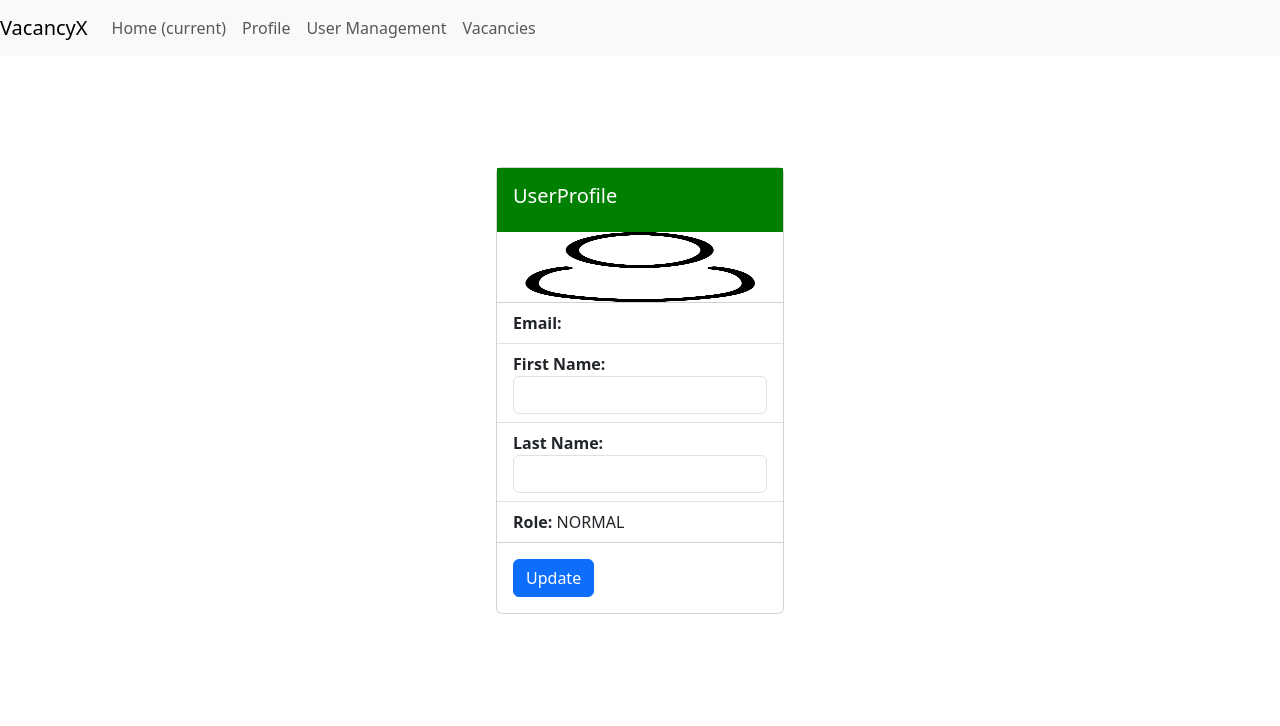
Repository: zipArk99/Vacancy-portal-serv
Page: http://localhost/VacancyPortal/updateuserdetail_page.jsp
These files come from the project's save history. The page is drawn as it stood at one moment and after the next save; the edit follows.
The browser window is 1280 px wide. The pictures show the whole page.
The page is served by Tomcat 9. Other server files are loaded and not shown. The template is opened directly, without the code that normally fills it, so the values that code supplies are empty.

Above is the page before, as saved 2024-08-21 05:21:49.

### VacancyPortal/src/main/webapp/updateuserdetail_page.jsp
<%@ page language="java" contentType="text/html; charset=UTF-8"
    pageEncoding="UTF-8"%>
    <%@ taglib prefix="c" uri="http://java.sun.com/jsp/jstl/core" %>
<!DOCTYPE html>
<html>
<head>
<meta charset="UTF-8">
<title>Update User</title>
<style>
body, html {
	height: 90%;
	margin: 0;
}

.container {
	display: flex;
	justify-content: center;
	align-items: center;
	height: 93vh; /* Full viewport height */
}
</style>
</head>
<body>
<body>
<%@ include file="header.jsp" %>
<form action="/VacancyPortal/user" method="PUT">
	<div class="container">
		<div class="card" style="width: 18rem;">
		<div class="card-body" style="background-color:green;">
				<h5 class="card-title" style="color:white;">UserProfile</h5>
			</div>
			<img src="user.png" class="card-img-top" alt="..." height="70px" width="20px" draggable="true">

			<ul class="list-group list-group-flush">
				<li class="list-group-item"><b>Email:</b> <c:out value="${param.email}"></c:out> </li>

				<li class="list-group-item"><b>First Name:</b> <input type="text"
					name="fname" class="form-control" id="fnameId"
					value="${param.fname}" aria-describedby="emailHelp"></li>


				<li class="list-group-item"><b>Last Name:</b> <input type="text"
					name="fname" class="form-control" id="fnameId"
					value="${param.lname}" aria-describedby="emailHelp"></li>


				<li class="list-group-item"><b>Role:</b><c:choose>
				<c:when test="${requestScope.role==1}">
				<c:out value="ADMIN"></c:out>
				 </c:when>
				<c:otherwise>
				<c:out value="NORMAL"></c:out>
				</c:otherwise>
				</c:choose> </li>
			</ul>
			<div class="card-body">
				<input type="submit"class="btn btn-primary" value="Update">
			</div>
		</div>
	</div>
	</form>
</body>
</html>

### VacancyPortal/src/main/webapp/header.jsp
<%@ page language="java" contentType="text/html; charset=UTF-8"
    pageEncoding="UTF-8"%>
<!DOCTYPE html>
<html>
  <head>
    <meta charset="utf-8">
    <meta name="viewport" content="width=device-width, initial-scale=1">
    <title>Bootstrap demo</title>
    <link href="https://cdn.jsdelivr.net/npm/bootstrap@5.3.3/dist/css/bootstrap.min.css" rel="stylesheet" integrity="sha384-QWTKZyjpPEjISv5WaRU9OFeRpok6YctnYmDr5pNlyT2bRjXh0JMhjY6hW+ALEwIH" crossorigin="anonymous">
  </head>
<body>

<nav class="navbar navbar-expand-lg navbar-light bg-light">
  <a class="navbar-brand" href="#">VacancyX</a>
  <button class="navbar-toggler" type="button" data-toggle="collapse" data-target="#navbarText" aria-controls="navbarText" aria-expanded="false" aria-label="Toggle navigation">
    <span class="navbar-toggler-icon"></span>
  </button>
  <div class="collapse navbar-collapse" id="navbarText">
    <ul class="navbar-nav mr-auto">
      <li class="nav-item active">
        <a class="nav-link" href="#">Home <span class="sr-only">(current)</span></a>
      </li>
      <li class="nav-item">
        <a class="nav-link" href="/VacancyPortal/portal/userprofile">Profile</a>
      </li>
      <li class="nav-item">
        <a class="nav-link" href="#">User Management</a>
      </li>
        <li class="nav-item">
        <a class="nav-link" href="#">Vacancies</a>
      </li>
    </ul>

  </div>
</nav>
</body>
</html>

After the next save:
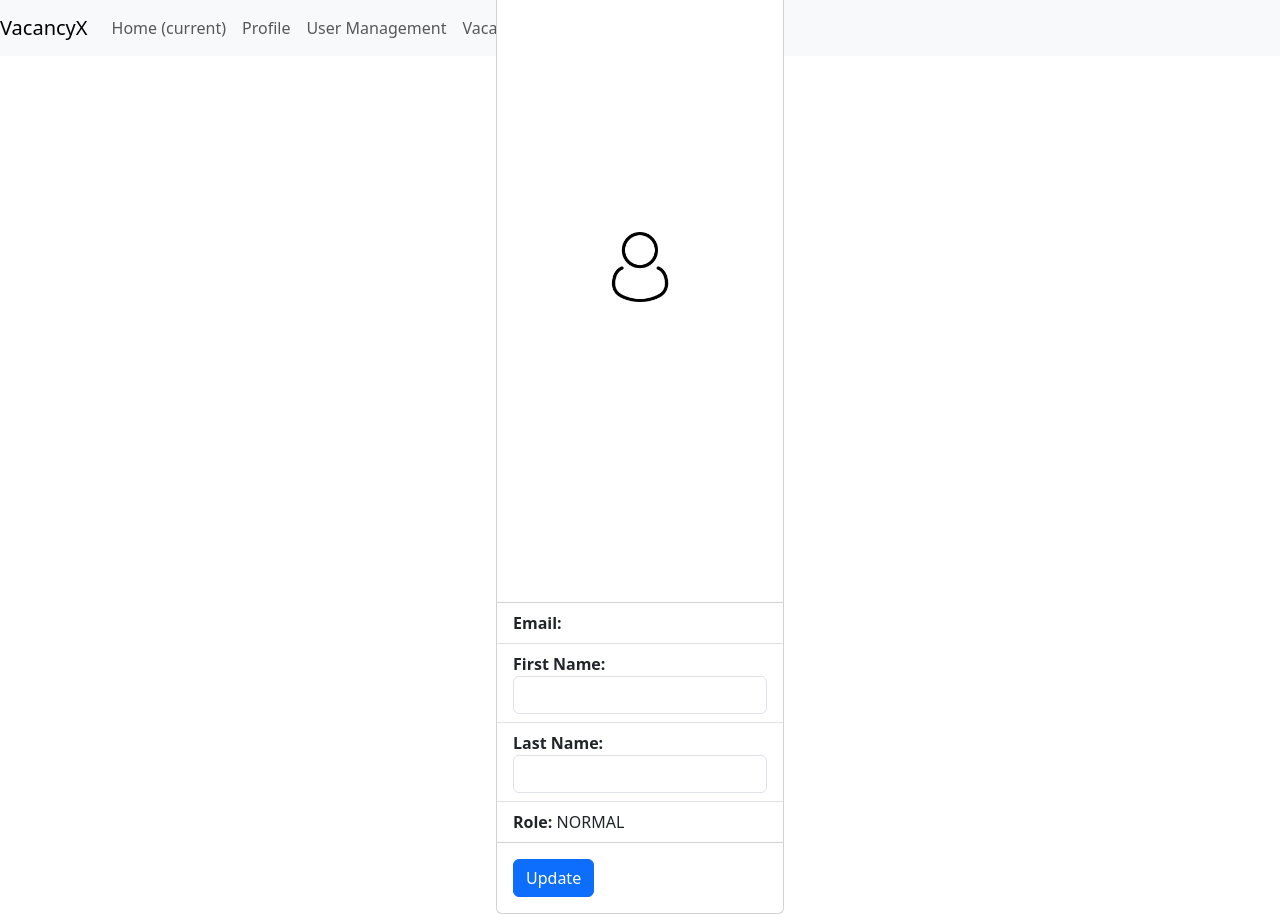
Saved 2 min 48 s later.
--- a/VacancyPortal/src/main/webapp/updateuserdetail_page.jsp
+++ b/VacancyPortal/src/main/webapp/updateuserdetail_page.jsp
@@ -17,6 +17,13 @@ body, html {
 	justify-content: center;
 	align-items: center;
 	height: 93vh; /* Full viewport height */
+
+	.card-img-top {
+  height: 70px; /* Fixed height */
+  width: auto; /* Maintain aspect ratio based on height */
+  max-width: 100%; /* Ensure it does not exceed the parent width */
+  display: block; /* Remove bottom space for inline images */
+  object-fit: contain; /* Maintain aspect ratio and fit within dimensions */
 }
 </style>
 </head>
@@ -29,8 +36,9 @@ body, html {
 		<div class="card-body" style="background-color:green;">
 				<h5 class="card-title" style="color:white;">UserProfile</h5>
 			</div>
-			<img src="user.png" class="card-img-top" alt="..." height="70px" width="20px" draggable="true">
-
+<div class="container">
+  <img src="user.png" class="card-img-top" alt="User Image" draggable="true">
+</div>
 			<ul class="list-group list-group-flush">
 				<li class="list-group-item"><b>Email:</b> <c:out value="${param.email}"></c:out> </li>
 
